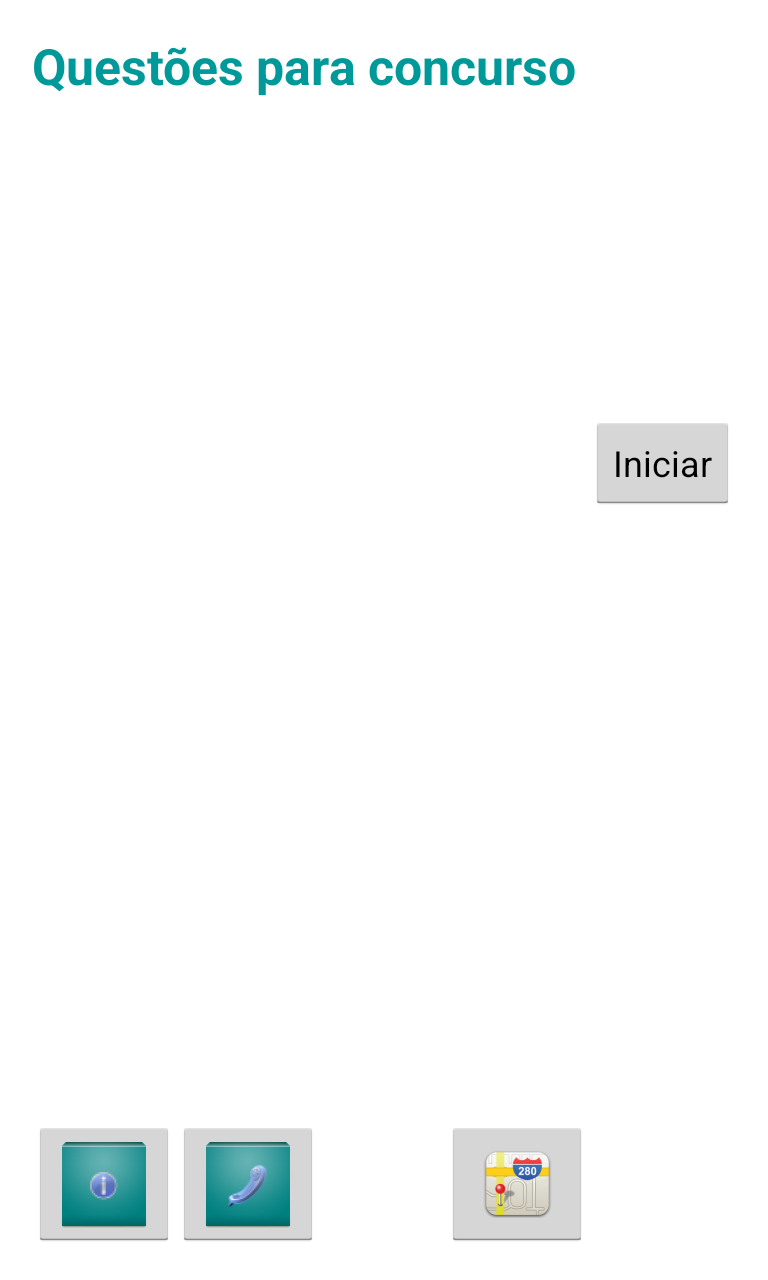
Repository: lmqs/ProjetoAndroid
Layout: TopicosProjeto/res/layout/activity_principal.xml
These files come from the project's save history. The layout is drawn as it stood at one moment and after the next save; the edit follows.
It is drawn on a 768 x 1280 px phone screen (xhdpi) without system bars, with theme AppTheme; the app's code is not run.

Above is the layout before, as saved 2014-04-27 03:08:28.

### TopicosProjeto/res/layout/activity_principal.xml
<RelativeLayout xmlns:android="http://schemas.android.com/apk/res/android"
    xmlns:tools="http://schemas.android.com/tools"
    android:layout_width="match_parent"
    android:layout_height="match_parent"
    android:paddingBottom="@dimen/activity_vertical_margin"
    android:paddingLeft="@dimen/activity_horizontal_margin"
    android:paddingRight="@dimen/activity_horizontal_margin"
    android:paddingTop="@dimen/activity_vertical_margin"
    tools:context=".Principal" >

    <LinearLayout
        android:id="@+id/linearLayout1"
        android:layout_width="wrap_content"
        android:layout_height="wrap_content"
        android:layout_alignParentLeft="true"
        android:layout_alignParentRight="true"
        android:orientation="vertical" >

        <TextView
            android:id="@+id/textView1"
            android:layout_width="wrap_content"
            android:layout_height="wrap_content"
            android:text="@string/lbltitulo"
            android:textAppearance="?android:attr/textAppearanceMedium"
            android:textColor="#009999"
            android:textSize="25sp"
            android:textStyle="bold"
            android:typeface="sans" />
    </LinearLayout>

    <LinearLayout
        android:id="@+id/linearLayout2"
        android:layout_width="wrap_content"
        android:layout_height="wrap_content"
        android:layout_alignParentRight="true"
        android:layout_below="@+id/linearLayout1"
        android:layout_marginTop="158dp"
        android:orientation="vertical" >

        <Button
            android:id="@+id/button1"
            android:layout_width="wrap_content"
            android:layout_height="wrap_content"
            android:text="@string/btnInciar" />
    </LinearLayout>

    <ImageButton
        android:id="@+id/imageButton1"
        android:layout_width="wrap_content"
        android:layout_height="wrap_content"
        android:layout_alignParentBottom="true"
        android:layout_alignParentLeft="true"
        android:src="@drawable/informacoes" />

    <ImageButton
        android:id="@+id/imageButton3"
        android:layout_width="wrap_content"
        android:layout_height="wrap_content"
        android:layout_alignTop="@+id/imageButton1"
        android:layout_toRightOf="@+id/imageButton1"
        android:src="@drawable/chamar" />

    <ImageButton
        android:id="@+id/imageButton2"
        android:layout_width="wrap_content"
        android:layout_height="wrap_content"
        android:layout_alignBottom="@+id/imageButton3"
        android:layout_toLeftOf="@+id/linearLayout2"
        android:src="@drawable/maps" />

</RelativeLayout>

### TopicosProjeto/res/values/strings.xml
<?xml version="1.0" encoding="utf-8"?>
<resources>

    <string name="app_name">TopicosProjeto</string>
    <string name="action_settings">Settings</string>
    <string name="hello_world">Hello world!</string>
    <string name="lbltitulo">Questões para concurso</string>
    <string name="btnInciar">Iniciar</string>

</resources>

Loaded but not shown: TopicosProjeto/res/values/styles.xml (common file); TopicosProjeto/res/values-v11/styles.xml (common file); TopicosProjeto/res/values-v14/styles.xml (common file); TopicosProjeto/res/values/dimens.xml (common file)

After the next save:
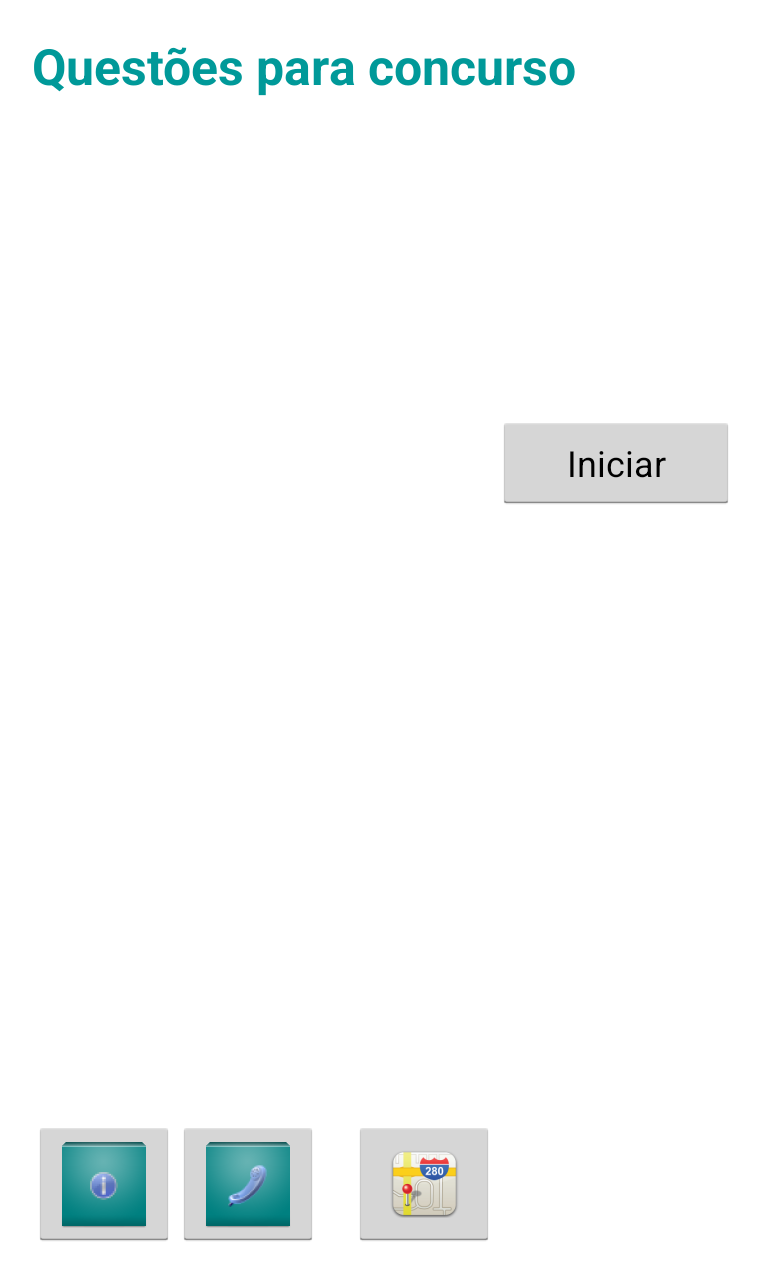
Saved 71 s later.
--- a/TopicosProjeto/res/layout/activity_principal.xml
+++ b/TopicosProjeto/res/layout/activity_principal.xml
@@ -39,7 +39,7 @@
 
         <Button
             android:id="@+id/button1"
-            android:layout_width="wrap_content"
+            android:layout_width="120dp"
             android:layout_height="wrap_content"
             android:text="@string/btnInciar" />
     </LinearLayout>
